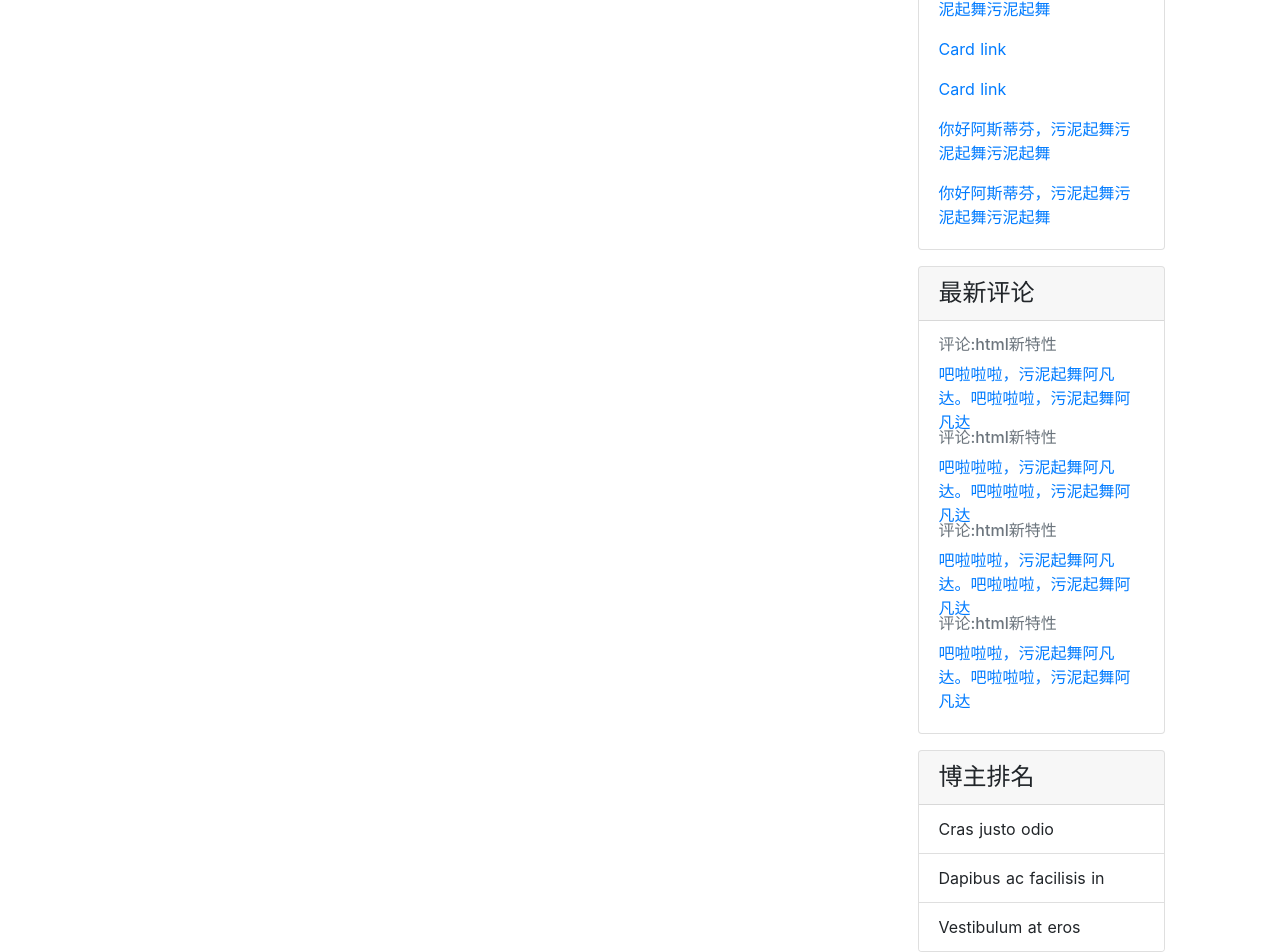
Repository: MTTTM/nuxt-xiaomatata
Page: /
The author's editor kept a copy of each file at every save. The page is drawn from the files as they stood at one save, then again after the next save.
The browser window is 1280 px wide. The pictures show the part of the page from y = 766 to 1718 px (the page is 1718 px tall before and 1636 px after).
The project was rebuilt for these pictures with package versions that can differ from the ones it lists, and the page was loaded fresh each time. The framework's server and built-in components were replaced by stand-ins that run in the browser. Also part of the build but not shown: nuxt.config.js, components/Logo.vue, components/aboutMe.vue, components/articleListItem.vue, components/bloggerRanking.vue, components/carouselBox.vue, components/classifyList.vue, components/commentBox.vue and 7 more. Imported but missing from the stored project, and not drawn on this page: components/cmSpinner, mixins/scrollLoad.

Above is the page before, as saved 2021-04-10 12:08:51.

After the next save:
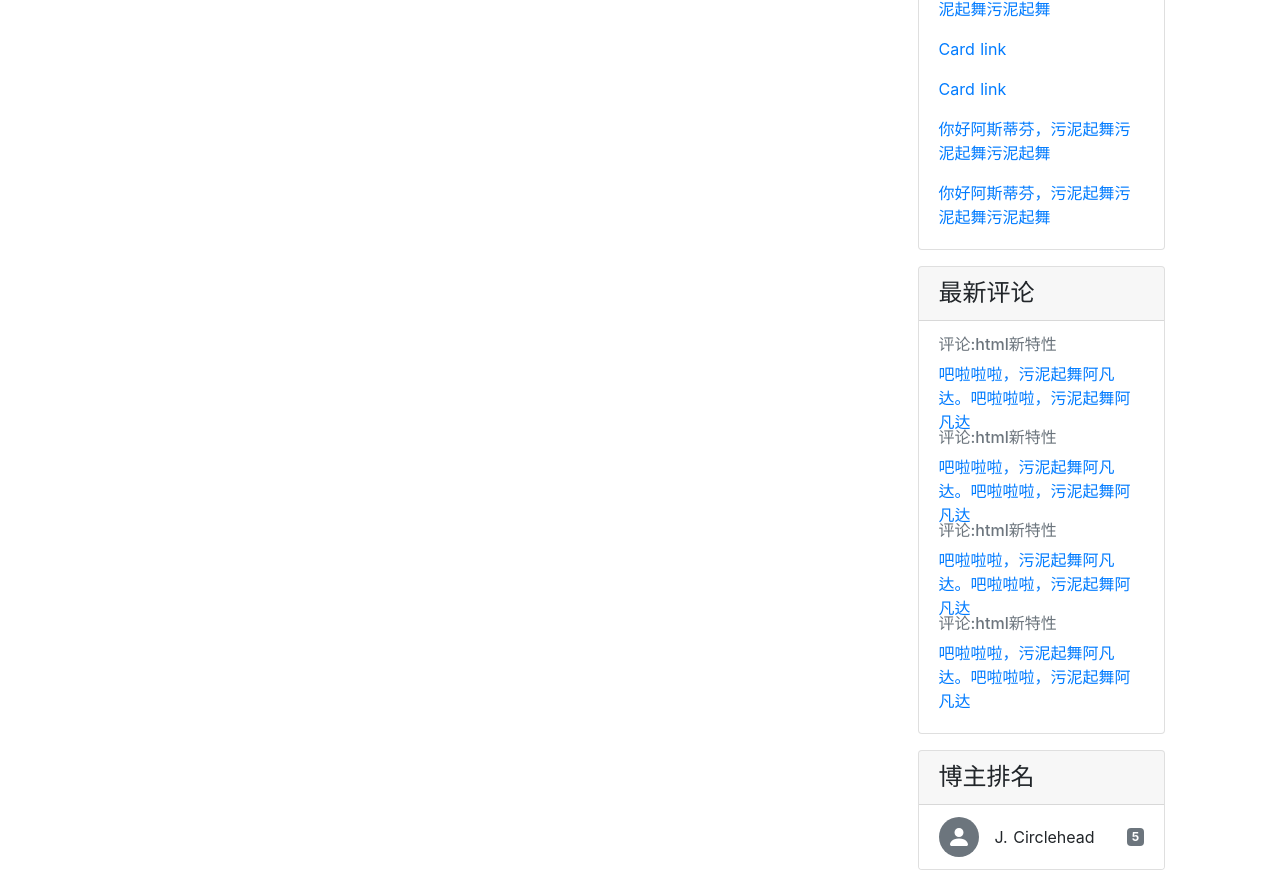
Saved 31 s later.
--- a/pages/index.vue
+++ b/pages/index.vue
@@ -136,9 +136,11 @@
               <h4 class="mb-0">博主排名</h4>
             </template>
             <b-list-group flush>
-              <b-list-group-item>Cras justo odio</b-list-group-item>
-              <b-list-group-item>Dapibus ac facilisis in</b-list-group-item>
-              <b-list-group-item>Vestibulum at eros</b-list-group-item>
+              <b-list-group-item class="d-flex align-items-center">
+                <b-avatar class="mr-3"></b-avatar>
+                <span class="mr-auto">J. Circlehead</span>
+                <b-badge>5</b-badge>
+              </b-list-group-item>
             </b-list-group>
           </b-card>
         </b-col>
